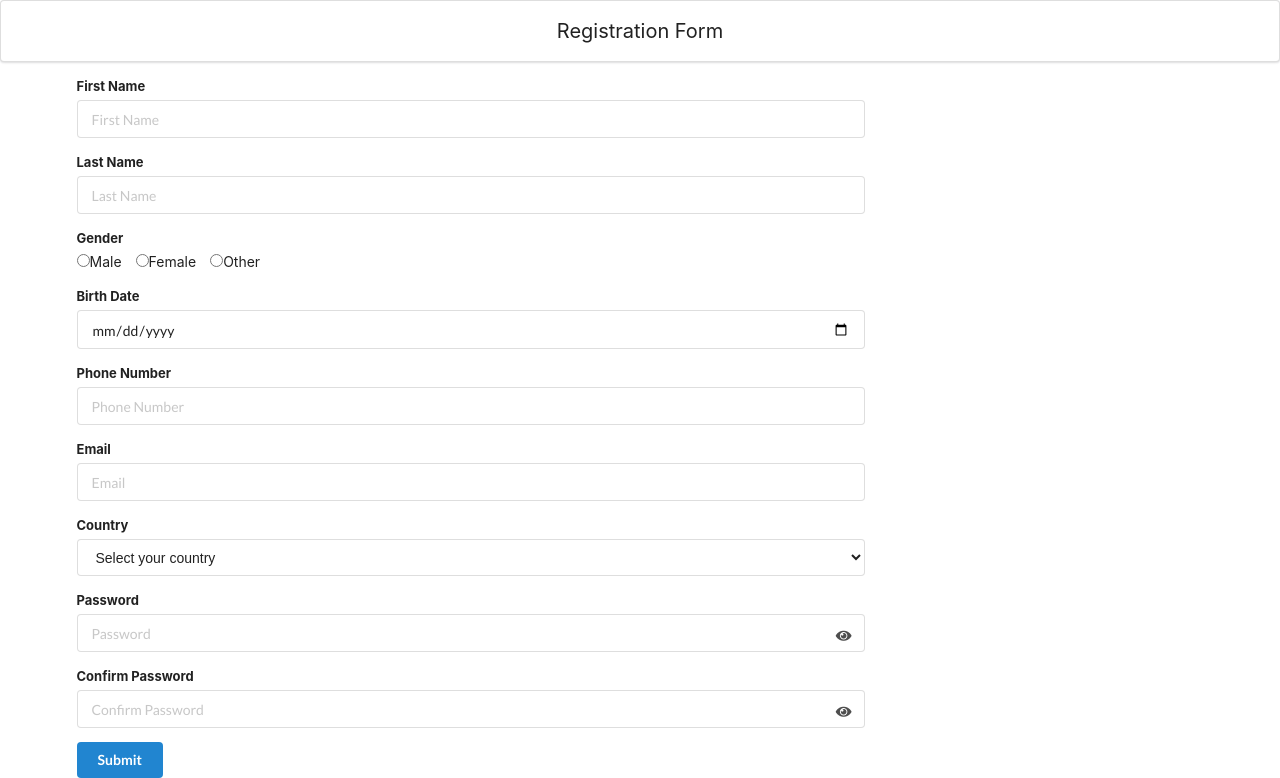
Repository: Wahid137/registration-form
Page: /
An editor plug-in stored every save of this project. The page is shown before and after the next save, followed by the edit.
The browser window is 1280 px wide. The pictures show the whole page.
The project was rebuilt for these pictures with package versions that can differ from the ones it lists, and the page was loaded fresh each time. Also part of the build but not shown: src/App.css.

Above is the page before, as saved 2024-05-01 16:08:15.

### src/index.js
import React from 'react';
import ReactDOM from 'react-dom/client';
import 'semantic-ui-css/semantic.min.css';
import App from './App';
import './index.css';
import reportWebVitals from './reportWebVitals';

const root = ReactDOM.createRoot(document.getElementById('root'));
root.render(
  <React.StrictMode>
    <App />
  </React.StrictMode>
);

// If you want to start measuring performance in your app, pass a function
// to log results (for example: reportWebVitals(console.log))
// or send to an analytics endpoint. Learn more: https://bit.ly/CRA-vitals
reportWebVitals();

### src/App.js
import { Segment } from 'semantic-ui-react';
import './App.css';
import Register from './components/Register';

function App() {
  return (
    <div className="App">
      <Segment textAlign='center' size={"huge"}>Registration Form</Segment>
      <Register />
    </div>
  );
}

export default App;

### src/components/Register.js
import Joi from "joi";
import React, { useState } from "react";
import { useForm } from "react-hook-form";
import { Button, Container, Form, FormField, Icon } from "semantic-ui-react";
import { minBirthDate } from "../utils/Moment";
import { nameRegex, passwordRegex, phoneRegex } from "../utils/RegExp";
import { countryOptions } from "../utils/country";
import { getPasswordErrorMessage } from "../utils/getPasswordErrorMessage";

const Register = () => {
    const [showPassword, setShowPassword] = useState(false);
    const [showConfirmPassword, setShowConfirmPassword] = useState(false);
    const togglePasswordVisibility = () => setShowPassword(!showPassword);
    const toggleConfirmPasswordVisibility = () => setShowConfirmPassword(!showConfirmPassword);

    //useForm
    const { register, handleSubmit, reset, watch
    } = useForm();
    const password = watch("password", "");
    const [formErrors, setFormErrors] = useState({});

    //schema
    const schema = Joi.object({
        firstName: Joi.string().min(2).max(20).pattern(nameRegex).required().messages({
            "string.base": "First name must be a string",
            "string.empty": "Please enter your first name",
            "string.min": "First name must have at least {#limit} characters",
            "string.max": "First name cannot exceed {#limit} characters",
            "string.pattern.base": "First name must contain only alphabets and spaces",
            "any.required": "First name is required",
        }),
        lastName: Joi.string().min(2).max(20).pattern(nameRegex).required().messages({
            "string.base": "Last name must be a string",
            "string.empty": "Please enter your last name",
            "string.min": "Last name must have at least {#limit} characters",
            "string.max": "Last name cannot exceed {#limit} characters",
            "string.pattern.base": "Last name must contain only alphabets and spaces",
            "any.required": "Last name is required",
        }),
        gender: Joi.string().valid('male', 'female', 'other').required().messages({
            "any.required": "Gender is required",
            "any.only": "Please select a valid gender",
        }),
        birthDate: Joi.date()
            .max(minBirthDate)
            .required()
            .messages({
                "date.base": "Please enter a valid date",
                "date.max": "You must be at least 18 years old",
                "any.required": "Birth date is required",
            }),
        phoneNumber: Joi.string().pattern(phoneRegex).required().messages({
            "string.base": "Phone number must be a string",
            "string.empty": "Please enter your phone number",
            "string.pattern.base": "Phone number must be exactly 10 digits",
            "any.required": "Phone number is required",
        }),
        email: Joi.string().email({ tlds: { allow: false } }).required().messages({
            "string.base": "Email must be a string",
            "string.empty": "Please enter your email",
            "string.email": "Please enter a valid email address",
            "any.required": "Email is required",
        }),
        password: Joi.string().pattern(passwordRegex).required().messages({
            "string.base": "Password must be a string",
            "string.empty": "Please enter your password",
            "string.pattern.base": "Password must be 3 to 30 characters long and contain at least one lowercase letter, one uppercase letter, and one digit",
            "any.required": "Password is required",
        }),
        confirmPassword: Joi.string().valid(password).required().messages({
            "any.required": "Confirm password is required",
            "any.only": "Passwords do not match",
        }),
        country: Joi.string().required().messages({
            "any.required": "Please select a country",
            "string.empty": "Please select a country",
        }),
    });

    //submit handler
    const onSubmit = (data) => {
        const { error } = schema.validate(data, { abortEarly: false });
        if (error) {
            const errorMessage = {};
            error.details.forEach((detail) => {
                errorMessage[detail.path[0]] = detail.message;
            });
            if (data.password) {
                errorMessage.password = getPasswordErrorMessage(data.password);
            }
            setFormErrors(errorMessage);
            return;
        }
        console.log(data);
        reset();
        setFormErrors({});
        alert("Registration Successfully done!")
    };

    return (
        <Container>

            <Form style={{ width: "70%" }} onSubmit={handleSubmit(onSubmit)}>
                <div style={{ marginBottom: "1rem" }}>
                    <FormField error={formErrors.firstName !== undefined}>
                        <label>First Name</label>
                        <input
                            placeholder="First Name"
                            {...register("firstName")}
                            className={formErrors.firstName ? "error" : ""}
                        />
                        {formErrors.firstName && (
                            <div className="ui pointing red basic label">
                                {formErrors.firstName}
                            </div>
                        )}
                    </FormField>
                </div>
                <div style={{ marginBottom: "1rem" }}>
                    <FormField error={formErrors.lastName !== undefined}>
                        <label>Last Name</label>
                        <input
                            placeholder="Last Name"
                            {...register("lastName")}
                            className={formErrors.lastName ? "error" : ""}
                        />
                        {formErrors.lastName && (
                            <div className="ui pointing red basic label">
                                {formErrors.lastName}
                            </div>
                        )}
                    </FormField>
                </div>
                <div style={{ marginBottom: "1rem" }}>
                    <FormField>
                        <label>Gender</label>
                        <div style={{ display: "flex", flexDirection: "row" }}>
                            <div style={{ marginRight: "1rem" }}>
                                <input type="radio" id="male" {...register("gender")} value="male" />
                                <label htmlFor="male">Male</label>
                            </div>
                            <div style={{ marginRight: "1rem" }}>
                                <input type="radio" id="female" {...register("gender")} value="female" />
                                <label htmlFor="female">Female</label>
                            </div>
                            <div>
                                <input type="radio" id="other" {...register("gender")} value="other" />
                                <label htmlFor="other">Other</label>
                            </div>
                        </div>
                        {formErrors.gender && (
                            <div className="ui pointing red basic label">
                                {formErrors.gender}
                            </div>
                        )}
                    </FormField>
                </div>
                <div style={{ marginBottom: "1rem" }}>
                    <FormField error={formErrors.birthDate !== undefined}>
                        <label>Birth Date</label>
                        <input
                            type="date"
                            name="birthDate"
                            {...register("birthDate")}
                            className={formErrors.birthDate ? "error" : ""}
                        />
                        {formErrors.birthDate && (
                            <div className="ui pointing red basic label">
                                {formErrors.birthDate}
                            </div>
                        )}
                    </FormField>
                </div>
                <div style={{ marginBottom: "1rem" }}>
                    <FormField error={formErrors.phoneNumber !== undefined}>
                        <label>Phone Number</label>
                        <input
                            placeholder="Phone Number"
                            {...register("phoneNumber")}
                            className={formErrors.phoneNumber ? "error" : ""}
                        />
                        {formErrors.phoneNumber && (
                            <div className="ui pointing red basic label">
                                {formErrors.phoneNumber}
                            </div>
                        )}
                    </FormField>
                </div>
                <div style={{ marginBottom: "1rem" }}>
                    <FormField error={formErrors.email !== undefined}>
                        <label>Email</label>
                        <input
                            placeholder="Email"
                            {...register("email")}
                            className={formErrors.email ? "error" : ""}
                        />
                        {formErrors.email && (
                            <div className="ui pointing red basic label">
                                {formErrors.email}
                            </div>
                        )}
                    </FormField>
                </div>
                <div style={{ marginBottom: "1rem" }}>
                    <FormField error={formErrors.country !== undefined}>
                        <label>Country</label>
                        <select {...register("country")} className={formErrors.country ? "error" : ""}>
                            <option value="">Select your country</option>
                            {
                                countryOptions?.map((country) => <option key={country?.key} value={country?.value}>{country?.text}</option>)
                            }
                        </select>
                        {formErrors.country && (
                            <div className="ui pointing red basic label">
                                {formErrors.country}
                            </div>
                        )}
                    </FormField>
                </div>
                <div style={{ marginBottom: "1rem" }}>
                    <FormField error={formErrors.password !== undefined}>
                        <label>Password</label>
                        <div className="ui input">
                            <input
                                type={showPassword ? "text" : "password"}
                                placeholder="Password"
                                {...register("password")}
                                className={formErrors.password ? "error" : ""}
                            />
                            <Icon
                                name={showPassword ? "eye slash" : "eye"}
                                link
                                onClick={togglePasswordVisibility}
                                style={{ cursor: "pointer", position: "absolute", right: "10px", top: "50%", transform: "translateY(-50%)" }}
                            />
                        </div>
                        {formErrors.password && (
                            <div className="ui pointing red basic label">
                                {formErrors.password}
                            </div>
                        )}
                    </FormField>
                </div>
                <div style={{ marginBottom: "1rem" }}>
                    <FormField error={formErrors.confirmPassword !== undefined}>
                        <label>Confirm Password</label>
                        <div className="ui input">
                            <input
                                type={showConfirmPassword ? "text" : "password"}
                                placeholder="Confirm Password"
                                {...register("confirmPassword")}
                                className={formErrors.confirmPassword ? "error" : ""}
                            />
                            <Icon
                                name={showConfirmPassword ? "eye slash" : "eye"}
                                link
                                onClick={toggleConfirmPasswordVisibility}
                                style={{ cursor: "pointer", position: "absolute", right: "10px", top: "50%", transform: "translateY(-50%)" }}
                            />
                        </div>
                        {formErrors.confirmPassword && (
                            <div className="ui pointing red basic label">
                                {formErrors.confirmPassword}
                            </div>
                        )}
                    </FormField>
                </div>
                <Button type="submit" color="blue">
                    Submit
                </Button>
            </Form>
        </Container>
    );
};

export default Register;

### src/utils/Moment.js
import moment from "moment";

export const minBirthDate = moment().subtract(18, "years").format("YYYY-MM-DD");

### src/utils/RegExp.js
export const nameRegex = /^[A-Za-z\s]+$/;
export const phoneRegex = /^[0-9]{10}$/;
export const passwordRegex = /^(?=.*[a-z])(?=.*[A-Z])(?=.*\d)[a-zA-Z\d]{3,30}$/;

### src/utils/country.js
export const countryOptions = [
    { key: 'af', value: 'af', text: 'Afghanistan' },
    { key: 'ax', value: 'ax', text: 'Aland Islands' },
    { key: 'al', value: 'al', text: 'Albania' },
    { key: 'dz', value: 'dz', text: 'Algeria' },
    { key: 'as', value: 'as', text: 'American Samoa' },
    { key: 'ad', value: 'ad', text: 'Andorra' },
    { key: 'ao', value: 'ao', text: 'Angola' },
    { key: 'ai', value: 'ai', text: 'Anguilla' },
    { key: 'ag', value: 'ag', text: 'Antigua' },
    { key: 'ar', value: 'ar', text: 'Argentina' },
    { key: 'am', value: 'am', text: 'Armenia' },
    { key: 'aw', value: 'aw', text: 'Aruba' },
    { key: 'au', value: 'au', text: 'Australia' },
    { key: 'at', value: 'at', text: 'Austria' },
    { key: 'az', value: 'az', text: 'Azerbaijan' },
    { key: 'bs', value: 'bs', text: 'Bahamas' },
    { key: 'bh', value: 'bh', text: 'Bahrain' },
    { key: 'bd', value: 'bd', text: 'Bangladesh' },
    { key: 'bb', value: 'bb', text: 'Barbados' },
    { key: 'by', value: 'by', text: 'Belarus' },
    { key: 'be', value: 'be', text: 'Belgium' },
    { key: 'bz', value: 'bz', text: 'Belize' },
    { key: 'bj', value: 'bj', text: 'Benin' },
]

### src/utils/getPasswordErrorMessage.js

export const getPasswordErrorMessage = (value) => {
    if (value.length < 3 || value.length > 30) {
        return "Password must be 3 to 30 characters long";
    }
    if (!/[a-z]/.test(value)) {
        return "Password must contain at least one lowercase letter";
    }
    if (!/[A-Z]/.test(value)) {
        return "Password must contain at least one uppercase letter";
    }
    if (!/[0-9]/.test(value)) {
        return "Password must contain at least one digit";
    }
    return "";
};

Loaded but not shown: public/index.html (common file); src/index.css (common file); src/reportWebVitals.js (common file)

After the next save:
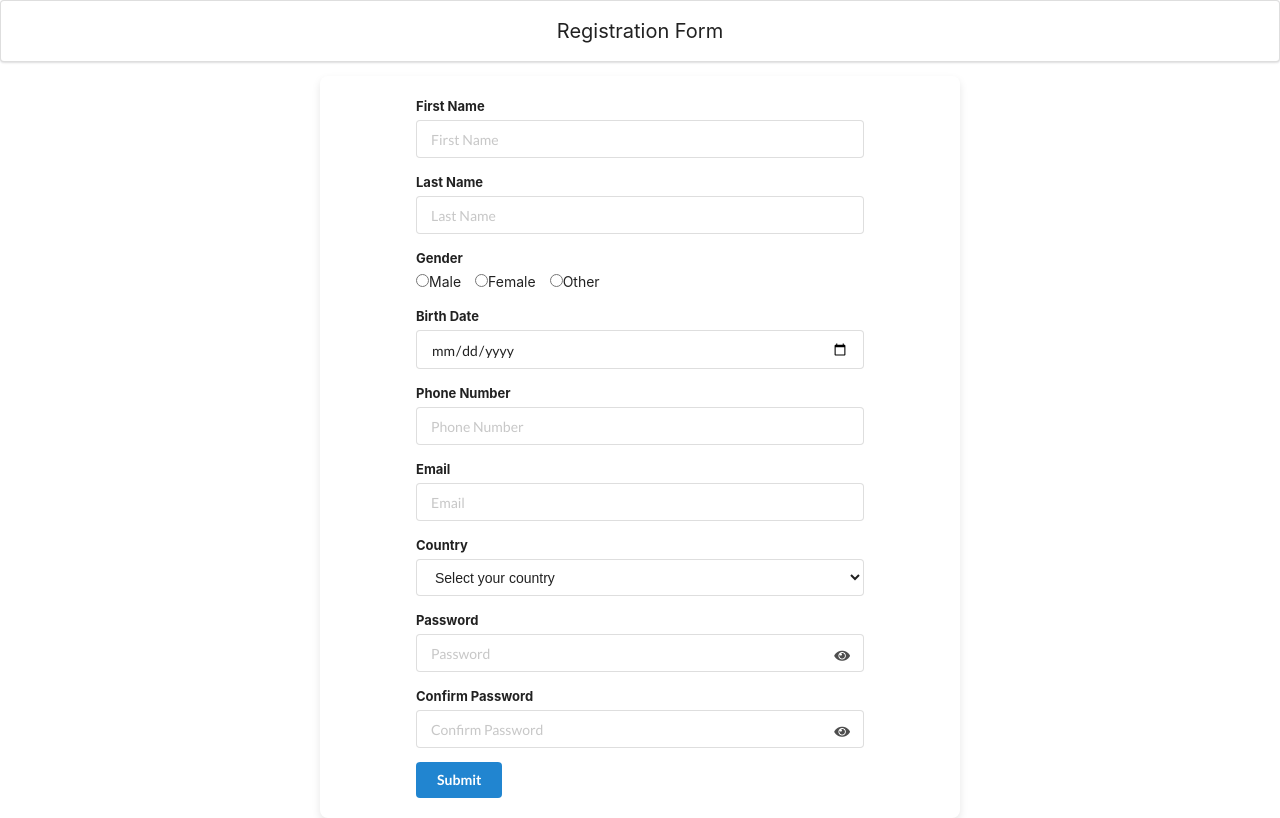
Saved 20 s later.
--- a/src/components/Register.js
+++ b/src/components/Register.js
@@ -98,7 +98,17 @@ const Register = () => {
     };
 
     return (
-        <Container>
+        <Container
+            style={{
+                paddingTop: "20px",
+                paddingBottom: "20px",
+                display: "flex",
+                width: "50%",
+                justifyContent: "center",
+                boxShadow: "0 4px 8px rgba(0,0,0,0.1)",
+                borderRadius: "8px",
+            }}
+        >
 
             <Form style={{ width: "70%" }} onSubmit={handleSubmit(onSubmit)}>
                 <div style={{ marginBottom: "1rem" }}>
